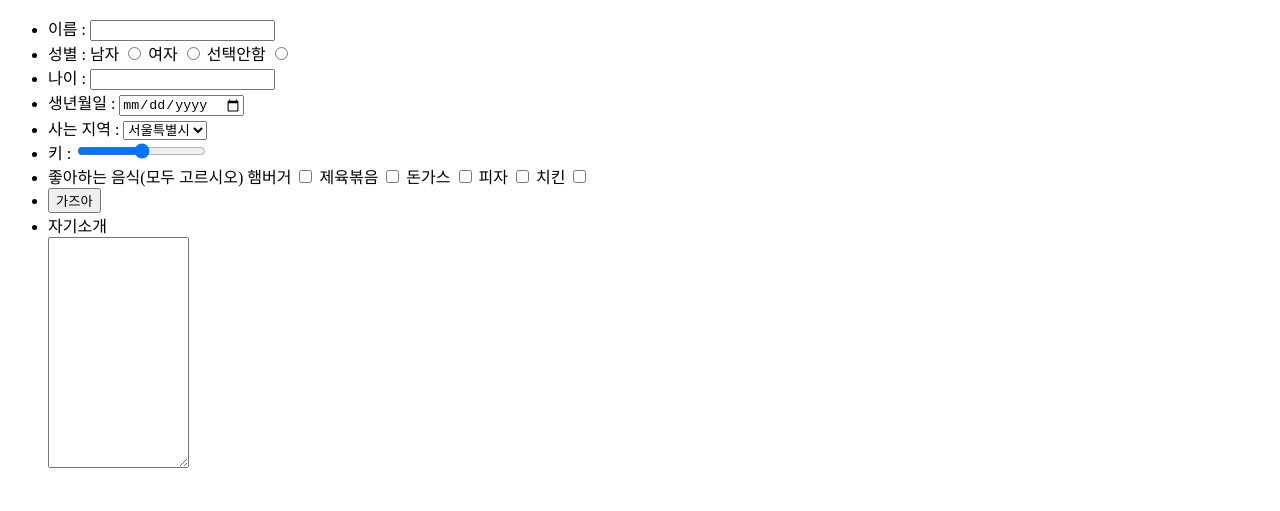
Repository: ghksl0204-shapa/dynamic-web
Page: MyFirstWebProject/src/main/webapp/views/request_get2.html
The author's editor kept a copy of each file at every save. The page is drawn from the files as they stood at one save, then again after the next save.
The browser window is 1280 px wide. The pictures show the whole page.

Above is the page before, as saved 2026-05-04 08:22:00.

After the next save:
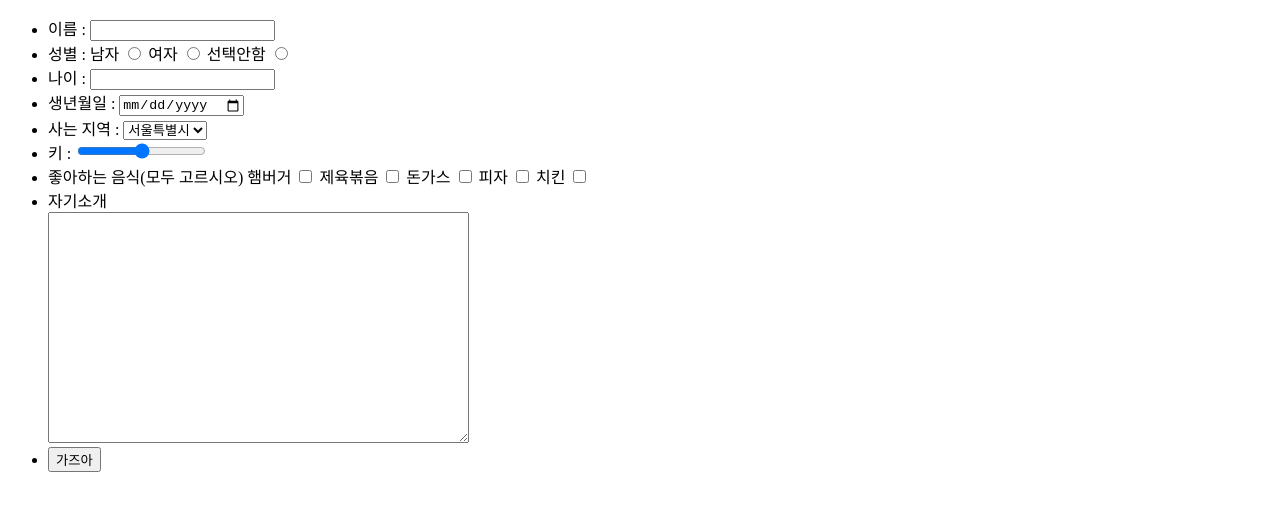
Saved 35 s later.
--- a/MyFirstWebProject/src/main/webapp/views/request_get2.html
+++ b/MyFirstWebProject/src/main/webapp/views/request_get2.html
@@ -57,11 +57,11 @@
 				치킨 <input type="checkbox" name="food" value="치킨" />
 			</li>
 			<li>
-				<button type="submit">가즈아</button>
+				자기소개 <br>
+				<textarea rows="15" cols="50"></textarea>
 			</li>
 			<li>
-				자기소개 <br>
-				<textarea rows="15" cols="15"></textarea>
+				<button type="submit">가즈아</button>
 			</li>
 		</ul>
 	</form>
